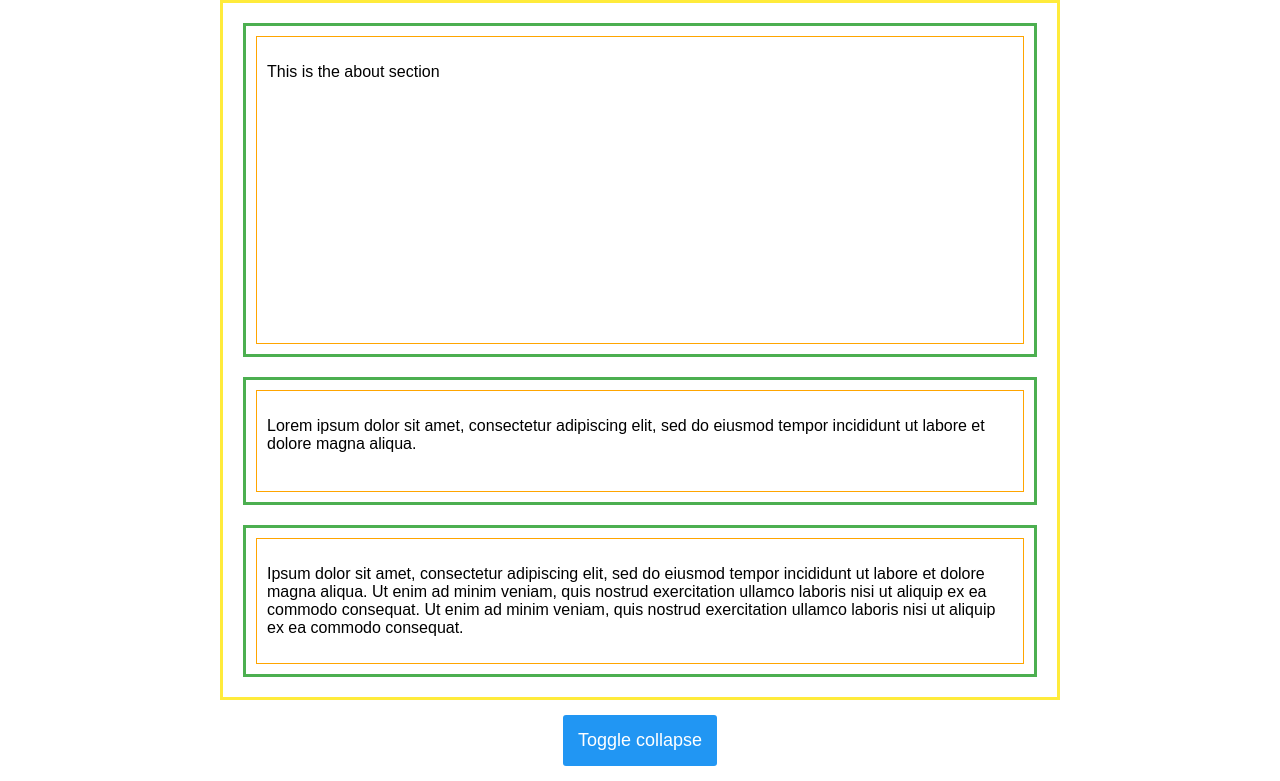
Repository: dsbarnes/groovy-blog
Page: index.html
These files come from the project's save history. The page is drawn as it stood at one moment and after the next save; the edit follows.
The browser window is 1280 px wide. The pictures show the whole page.
The style sheet was rebuilt from its Sass, Less or Tailwind sources for each picture, by a compiler version that may differ from the author's.

Above is the page before, as saved 2020-05-08 23:45:58.

After the next save:
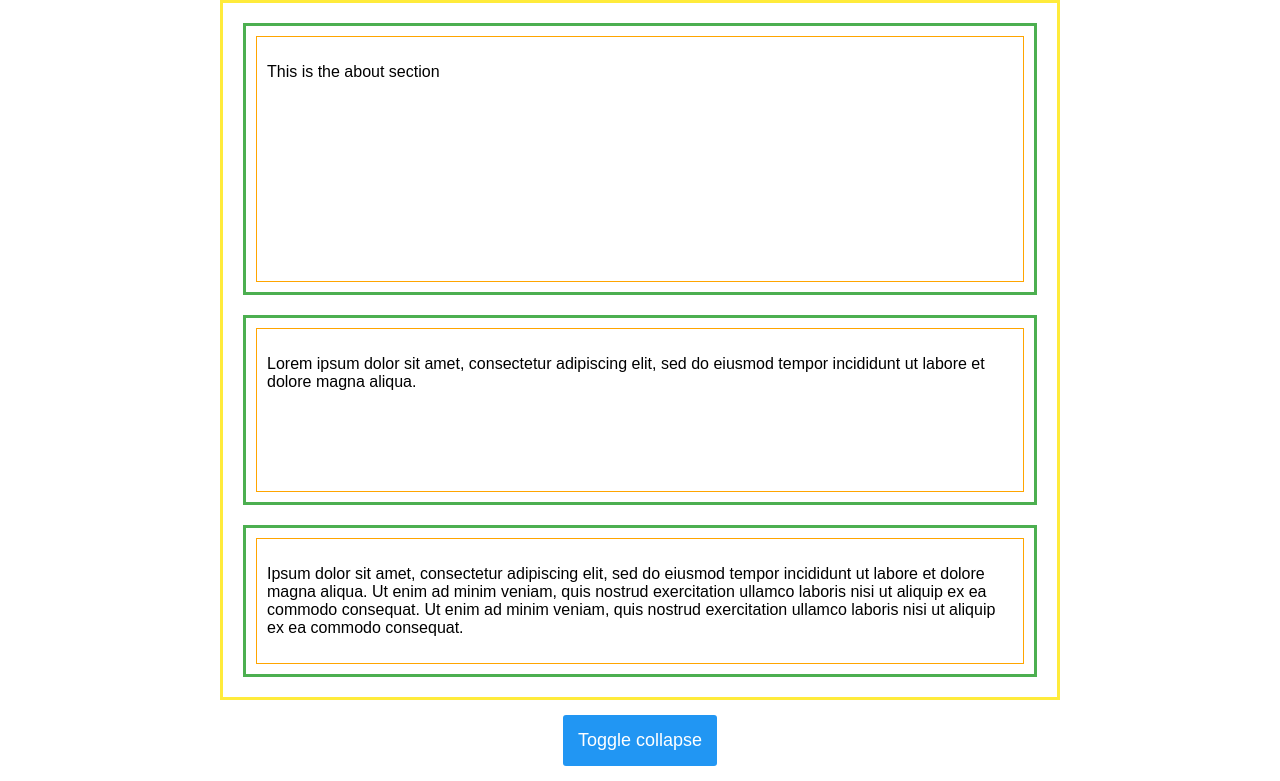
Saved 12 s later.
--- a/style.scss
+++ b/style.scss
@@ -25,7 +25,7 @@
 .section-two {
   margin: 10px;
   padding: 10px;
-  flex:1;
+  // flex:1;
 }
 .section-two.collapsed {
   flex: 0;

After the save that followed:
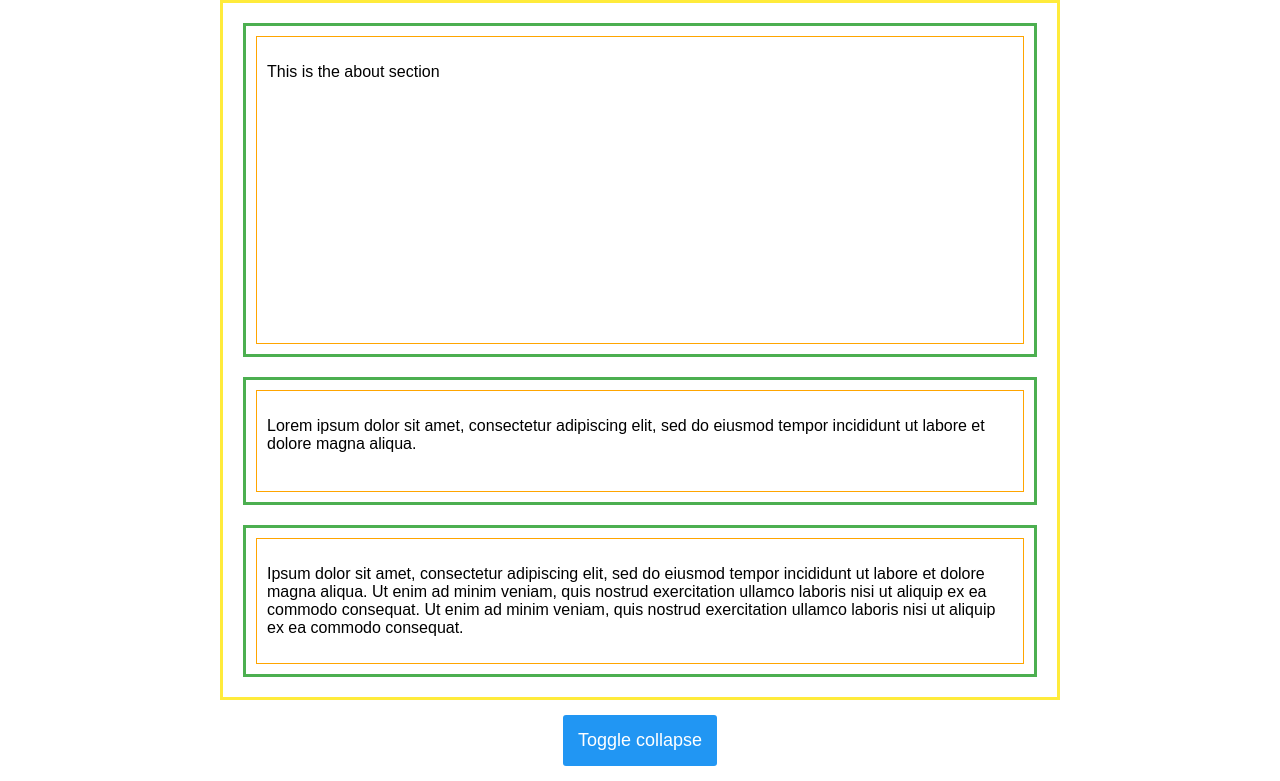
Saved 8 s later.
--- a/style.scss
+++ b/style.scss
@@ -19,8 +19,8 @@
   // note that we're transitioning flex, not height!
   transition:all 0.6s ease;
   transition-property: flex, border, margin, padding;
-  border:3px solid #4CAF50;
-  flex:2;
+  border: 3px solid #4CAF50;
+  flex: 1;
 }
 .section-two {
   margin: 10px;
